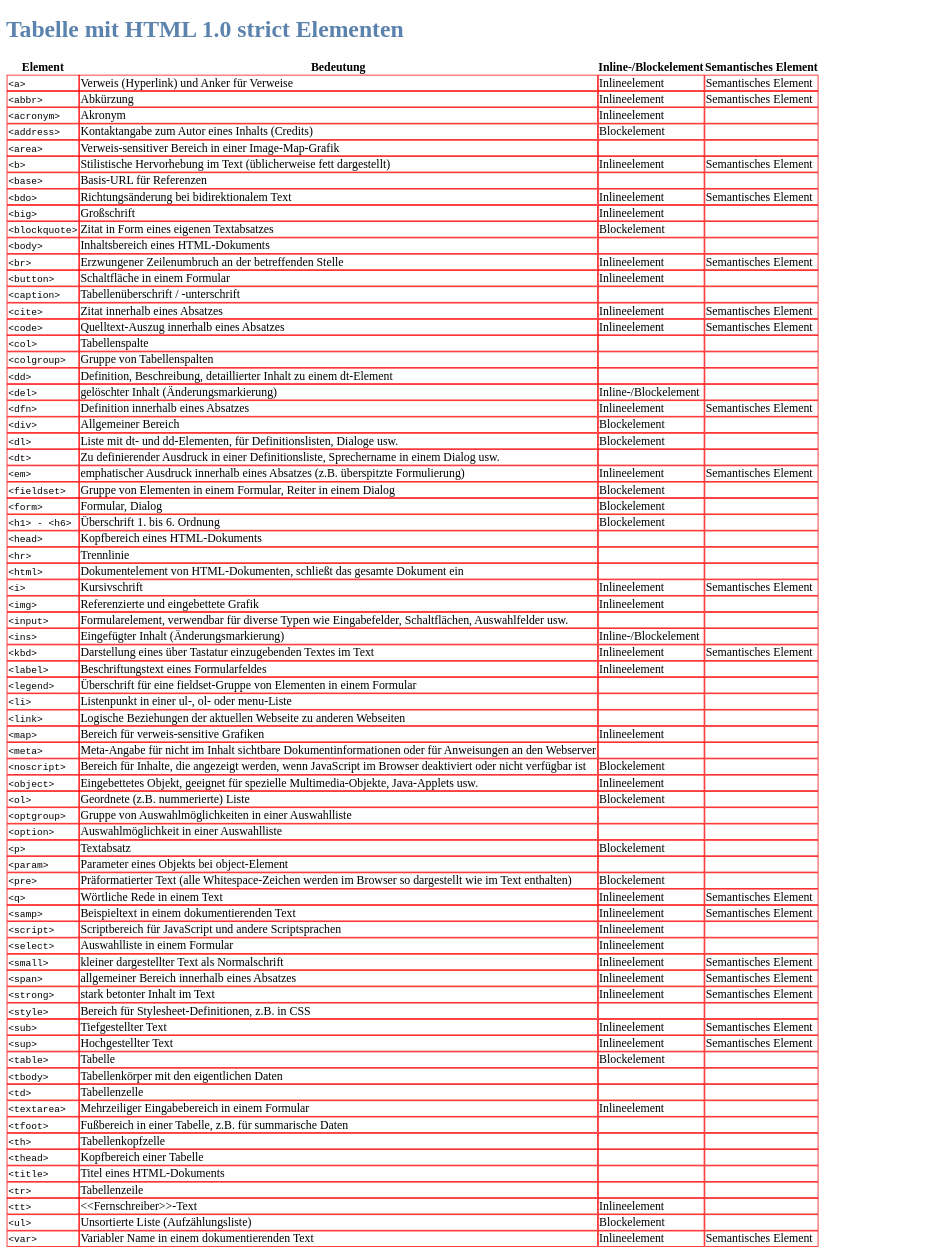
Repository: pLurchi/MyWebengineeringRepo
Page: RemoteSystemsTempFiles/HA-Kapitel06/WebContent/index.html
An editor plug-in stored every save of this project. The page is shown before and after the next save, followed by the edit.
The browser window is 1280 px wide. The pictures show the whole page, at 74% of full size.

Above is the page before, as saved 2013-11-28 19:07:09.

### RemoteSystemsTempFiles/HA-Kapitel06/WebContent/index.html
<?xml version="1.0" encoding="UTF-8" ?>
<!DOCTYPE html PUBLIC "-//W3C//DTD XHTML 1.0 Strict//EN" "http://www.w3.org/TR/xhtml1/DTD/xhtml1-strict.dtd">
<html xmlns="http://www.w3.org/1999/xhtml">
<head>
<meta http-equiv="Content-Type" content="text/html; charset=UTF-8" />
<link type="text/css" rel="stylesheet" href="CSS/stylesheet.css" />

<title>HA-Kapitel06</title>
</head>
<body>

	<h1>Tabelle mit HTML 1.0 strict Elementen</h1>

	<table class="wiki-content-table">
		<colgroup>
    		<col width="1*">
    		<col width="3*">
    		<col width="1*">
		    <col width="1*">
  		</colgroup>
		<tr>
			<th>Element</th>
			<th>Bedeutung</th>
			<th>Inline-/Blockelement</th>
			<th>Semantisches Element</th>
		</tr>

		<tr>
			<td><tt>&lt;a&gt;</tt></td>
			<td>Verweis (Hyperlink) und Anker für Verweise</td>
			<td>Inlineelement</td>
			<td>Semantisches Element</td>
		</tr>
		<tr>
			<td><tt>&lt;abbr&gt;</tt></td>
			<td>Abkürzung</td>
			<td>Inlineelement</td>
			<td>Semantisches Element</td>
		</tr>
		<tr>
			<td><tt>&lt;acronym&gt;</tt></td>
			<td>Akronym</td>
			<td>Inlineelement</td>
			<td></td>
		</tr>
		<tr>
			<td><tt>&lt;address&gt;</tt></td>
			<td>Kontaktangabe zum Autor eines Inhalts (Credits)</td>
			<td>Blockelement</td>
			<td></td>
		</tr>
		<tr>
			<td><tt>&lt;area&gt;</tt></td>
			<td>Verweis-sensitiver Bereich in einer Image-Map-Grafik</td>
			<td></td>
			<td></td>
		</tr>
		<tr>
			<td><tt>&lt;b&gt;</tt></td>
			<td>Stilistische Hervorhebung im Text (üblicherweise fett dargestellt)</td>
			<td>Inlineelement</td>
			<td>Semantisches Element</td>
		</tr>
		<tr>
			<td><tt>&lt;base&gt;</tt></td>
			<td>Basis-URL für Referenzen</td>
			<td></td>
			<td></td>
		</tr>
		<tr>
			<td><tt>&lt;bdo&gt;</tt></td>
			<td>Richtungsänderung bei bidirektionalem Text</td>
			<td>Inlineelement</td>
			<td>Semantisches Element</td>
		</tr>
		<tr>
			<td><tt>&lt;big&gt;</tt></td>
			<td>Großschrift</td>
			<td>Inlineelement</td>
			<td></td>
		</tr>
		<tr>
			<td><tt>&lt;blockquote&gt;</tt></td>
			<td>Zitat in Form eines eigenen Textabsatzes</td>
			<td>Blockelement</td>
			<td></td>
		</tr>
		<tr>
			<td><tt>&lt;body&gt;</tt></td>
			<td>Inhaltsbereich eines HTML-Dokuments</td>
			<td></td>
			<td></td>
		</tr>
		<tr>
			<td><tt>&lt;br&gt;</tt></td>
			<td>Erzwungener Zeilenumbruch an der betreffenden Stelle</td>
			<td>Inlineelement</td>
			<td>Semantisches Element</td>
		</tr>
		<tr>
			<td><tt>&lt;button&gt;</tt></td>
			<td>Schaltfläche in einem Formular</td>
			<td>Inlineelement</td>
			<td></td>
		</tr>
		<tr>
			<td><tt>&lt;caption&gt;</tt></td>
			<td>Tabellenüberschrift / -unterschrift</td>
			<td></td>
			<td></td>
		</tr>
		<tr>
			<td><tt>&lt;cite&gt;</tt></td>
			<td>Zitat innerhalb eines Absatzes</td>
			<td>Inlineelement</td>
			<td>Semantisches Element</td>
		</tr>
		<tr>
			<td><tt>&lt;code&gt;</tt></td>
			<td>Quelltext-Auszug innerhalb eines Absatzes</td>
			<td>Inlineelement</td>
			<td>Semantisches Element</td>
		</tr>
		<tr>
			<td><tt>&lt;col&gt;</tt></td>
			<td>Tabellenspalte</td>
			<td></td>
			<td></td>
		</tr>
		<tr>
			<td><tt>&lt;colgroup&gt;</tt></td>
			<td>Gruppe von Tabellenspalten</td>
			<td></td>
			<td></td>
		</tr>
		<tr>
			<td><tt>&lt;dd&gt;</tt></td>
			<td>Definition, Beschreibung, detaillierter Inhalt zu einem dt-Element</td>
			<td></td>
			<td></td>
		</tr>
		<tr>
			<td><tt>&lt;del&gt;</tt></td>
			<td>gelöschter Inhalt (Änderungsmarkierung)</td>
			<td>Inline-/Blockelement</td>
			<td></td>
		</tr>
		<tr>
			<td><tt>&lt;dfn&gt;</tt></td>
			<td>Definition innerhalb eines Absatzes</td>
			<td>Inlineelement</td>
			<td>Semantisches Element</td>
		</tr>
		<tr>
			<td><tt>&lt;div&gt;</tt></td>
			<td>Allgemeiner Bereich</td>
			<td>Blockelement</td>
			<td></td>
		</tr>
		<tr>
			<td><tt>&lt;dl&gt;</tt></td>
			<td>Liste mit dt- und dd-Elementen, für Definitionslisten, Dialoge usw.</td>
			<td>Blockelement</td>
			<td></td>
		</tr>
		<tr>
			<td><tt>&lt;dt&gt;</tt></td>
			<td>Zu definierender Ausdruck in einer Definitionsliste, Sprechername in einem Dialog usw.</td>
			<td></td>
			<td></td>
		</tr>
		<tr>
			<td><tt>&lt;em&gt;</tt></td>
			<td>emphatischer Ausdruck innerhalb eines Absatzes (z.B. überspitzte Formulierung)</td>
			<td>Inlineelement</td>
			<td>Semantisches Element</td>
		</tr>
		<tr>
			<td><tt>&lt;fieldset&gt;</tt></td>
			<td>Gruppe von Elementen in einem Formular, Reiter in einem Dialog</td>
			<td>Blockelement</td>
			<td></td>
		</tr>
		<tr>
			<td><tt>&lt;form&gt;</tt></td>
			<td>Formular, Dialog</td>
			<td>Blockelement</td>
			<td></td>
		</tr>
		<tr>
			<td><tt>&lt;h1&gt; - &lt;h6&gt;</tt></td>
			<td>Überschrift 1. bis 6. Ordnung</td>
			<td>Blockelement</td>
			<td></td>
		</tr>
		<tr>
			<td><tt>&lt;head&gt;</tt></td>
			<td>Kopfbereich eines HTML-Dokuments</td>
			<td></td>
			<td></td>
		</tr>
		<tr>
			<td><tt>&lt;hr&gt;</tt></td>
			<td>Trennlinie</td>
			<td></td>
			<td></td>
		</tr>
		<tr>
			<td><tt>&lt;html&gt;</tt></td>
			<td>Dokumentelement von HTML-Dokumenten, schließt das gesamte Dokument ein</td>
			<td></td>
			<td></td>
		</tr>
		<tr>
			<td><tt>&lt;i&gt;</tt></td>
			<td>Kursivschrift</td>
			<td>Inlineelement</td>
			<td>Semantisches Element</td>
		</tr>
		<tr>
			<td><tt>&lt;img&gt;</tt></td>
			<td>Referenzierte und eingebettete Grafik</td>
			<td>Inlineelement</td>
			<td></td>
		</tr>
		<tr>
			<td><tt>&lt;input&gt;</tt></td>
			<td>Formularelement, verwendbar für diverse Typen wie Eingabefelder, Schaltflächen, Auswahlfelder usw.</td>
			<td></td>
			<td></td>
		</tr>
		<tr>
			<td><tt>&lt;ins&gt;</tt></td>
			<td>Eingefügter Inhalt (Änderungsmarkierung)</td>
			<td>Inline-/Blockelement</td>
			<td></td>
		</tr>
		<tr>
			<td><tt>&lt;kbd&gt;</tt></td>
			<td>Darstellung eines über Tastatur einzugebenden Textes im Text</td>
			<td>Inlineelement</td>
			<td>Semantisches Element</td>
		</tr>
		<tr>
			<td><tt>&lt;label&gt;</tt></td>
			<td>Beschriftungstext eines Formularfeldes</td>
			<td>Inlineelement</td>
			<td></td>
		</tr>
		<tr>
			<td><tt>&lt;legend&gt;</tt></td>
			<td>Überschrift für eine fieldset-Gruppe von Elementen in einem Formular</td>
			<td></td>
			<td></td>
		</tr>
		<tr>
			<td><tt>&lt;li&gt;</tt></td>
			<td>Listenpunkt in einer ul-, ol- oder menu-Liste</td>
			<td></td>
			<td></td>
		</tr>
		<tr>
			<td><tt>&lt;link&gt;</tt></td>
			<td>Logische Beziehungen der aktuellen Webseite zu anderen Webseiten</td>
			<td></td>
			<td></td>
		</tr>
		<tr>
			<td><tt>&lt;map&gt;</tt></td>
			<td>Bereich für verweis-sensitive Grafiken</td>
			<td>Inlineelement</td>
			<td></td>
		</tr>
		<tr>
			<td><tt>&lt;meta&gt;</tt></td>
			<td>Meta-Angabe für nicht im Inhalt sichtbare Dokumentinformationen oder für Anweisungen an den Webserver</td>
			<td></td>
			<td></td>
		</tr>
		<tr>
			<td><tt>&lt;noscript&gt;</tt></td>
			<td>Bereich für Inhalte, die angezeigt werden, wenn JavaScript im Browser deaktiviert oder nicht verfügbar ist</td>
			<td>Blockelement</td>
			<td></td>
		</tr>
		<tr>
			<td><tt>&lt;object&gt;</tt></td>
			<td>Eingebettetes Objekt, geeignet für spezielle Multimedia-Objekte, Java-Applets usw.</td>
			<td>Inlineelement</td>
			<td></td>
		</tr>
		<tr>
			<td><tt>&lt;ol&gt;</tt></td>
			<td>Geordnete (z.B. nummerierte) Liste</td>
			<td>Blockelement</td>
			<td></td>
		</tr>
		<tr>
			<td><tt>&lt;optgroup&gt;</tt></td>
			<td>Gruppe von Auswahlmöglichkeiten in einer Auswahlliste</td>
			<td></td>
			<td></td>
		</tr>
		<tr>
			<td><tt>&lt;option&gt;</tt></td>
			<td>Auswahlmöglichkeit in einer Auswahlliste</td>
			<td></td>
			<td></td>
		</tr>
		<tr>
			<td><tt>&lt;p&gt;</tt></td>
			<td>Textabsatz</td>
			<td>Blockelement</td>
			<td></td>
		</tr>
		<tr>
			<td><tt>&lt;param&gt;</tt></td>
			<td>Parameter eines Objekts bei object-Element</td>
			<td></td>
			<td></td>
		</tr>
		<tr>
			<td><tt>&lt;pre&gt;</tt></td>
			<td>Präformatierter Text (alle Whitespace-Zeichen werden im Browser so dargestellt wie im Text enthalten)</td>
			<td>Blockelement</td>
			<td></td>
		</tr>
		<tr>
			<td><tt>&lt;q&gt;</tt></td>
			<td>Wörtliche Rede in einem Text</td>
			<td>Inlineelement</td>
			<td>Semantisches Element</td>
		</tr>
		<tr>
			<td><tt>&lt;samp&gt;</tt></td>
			<td>Beispieltext in einem dokumentierenden Text</td>
			<td>Inlineelement</td>
			<td>Semantisches Element</td>
		</tr>
		<tr>
			<td><tt>&lt;script&gt;</tt></td>
			<td>Scriptbereich für JavaScript und andere Scriptsprachen</td>
			<td>Inlineelement</td>
			<td></td>
		</tr>
		<tr>
			<td><tt>&lt;select&gt;</tt></td>
			<td>Auswahlliste in einem Formular</td>
			<td>Inlineelement</td>
			<td></td>
		</tr>
		<tr>
			<td><tt>&lt;small&gt;</tt></td>
			<td>kleiner dargestellter Text als Normalschrift</td>
			<td>Inlineelement</td>
			<td>Semantisches Element</td>
		</tr>
		<tr>
			<td><tt>&lt;span&gt;</tt></td>
			<td>allgemeiner Bereich innerhalb eines Absatzes</td>
			<td>Inlineelement</td>
			<td>Semantisches Element</td>
		</tr>
		<tr>
			<td><tt>&lt;strong&gt;</tt></td>
			<td>stark betonter Inhalt im Text</td>
			<td>Inlineelement</td>
			<td>Semantisches Element</td>
		</tr>
		<tr>
			<td><tt>&lt;style&gt;</tt></td>
			<td>Bereich für Stylesheet-Definitionen, z.B. in CSS</td>
			<td></td>
			<td></td>
		</tr>
		<tr>
			<td><tt>&lt;sub&gt;</tt></td>
			<td>Tiefgestellter Text</td>
			<td>Inlineelement</td>
			<td>Semantisches Element</td>
		</tr>
		<tr>
			<td><tt>&lt;sup&gt;</tt></td>
			<td>Hochgestellter Text</td>
			<td>Inlineelement</td>
			<td>Semantisches Element</td>
		</tr>
		<tr>
			<td><tt>&lt;table&gt;</tt></td>
			<td>Tabelle</td>
			<td>Blockelement</td>
			<td></td>
		</tr>
		<tr>
			<td><tt>&lt;tbody&gt;</tt></td>
			<td>Tabellenkörper mit den eigentlichen Daten</td>
			<td></td>
			<td></td>
		</tr>
		<tr>
			<td><tt>&lt;td&gt;</tt></td>
			<td>Tabellenzelle</td>
			<td></td>
			<td></td>
		</tr>
		<tr>
			<td><tt>&lt;textarea&gt;</tt></td>
			<td>Mehrzeiliger Eingabebereich in einem Formular</td>
			<td>Inlineelement</td>
			<td></td>
		</tr>
		<tr>
			<td><tt>&lt;tfoot&gt;</tt></td>
			<td>Fußbereich in einer Tabelle, z.B. für summarische Daten</td>
			<td></td>
			<td></td>
		</tr>
		<tr>
			<td><tt>&lt;th&gt;</tt></td>
			<td>Tabellenkopfzelle</td>
			<td></td>
			<td></td>
		</tr>
		<tr>
			<td><tt>&lt;thead&gt;</tt></td>
			<td>Kopfbereich einer Tabelle</td>
			<td></td>
			<td></td>
		</tr>
		<tr>
			<td><tt>&lt;title&gt;</tt></td>
			<td>Titel eines HTML-Dokuments</td>
			<td></td>
			<td></td>
		</tr>
		<tr>
			<td><tt>&lt;tr&gt;</tt></td>
			<td>Tabellenzeile</td>
			<td></td>
			<td></td>
		</tr>
		<tr>
			<td><tt>&lt;tt&gt;</tt></td>
			<td>&lt;&lt;Fernschreiber&gt;&gt;-Text</td>
			<td>Inlineelement</td>
			<td></td>
		</tr>
		<tr>
			<td><tt>&lt;ul&gt;</tt></td>
			<td>Unsortierte Liste (Aufzählungsliste)</td>
			<td>Blockelement</td>
			<td></td>
		</tr>
		<tr>
			<td><tt>&lt;var&gt;</tt></td>
			<td>Variabler Name in einem dokumentierenden Text</td>
			<td>Inlineelement</td>
			<td>Semantisches Element</td>
		</tr>
	</table>


</body>
</html>

### RemoteSystemsTempFiles/HA-Kapitel06/WebContent/CSS/stylesheet.css
@CHARSET "UTF-8";

/*Main Stylesheet of Web Eng G1 */



h1 {
	color: #5B83AD;
}

table {
	border-width:1px;
	border-style:solid;
	border-spacing:0px;
	border-color:#FFFFFF;
}


td {
	border: 1px solid red;
	text-align: left;
}

th {
	text-align: left top;
}

After the next save:
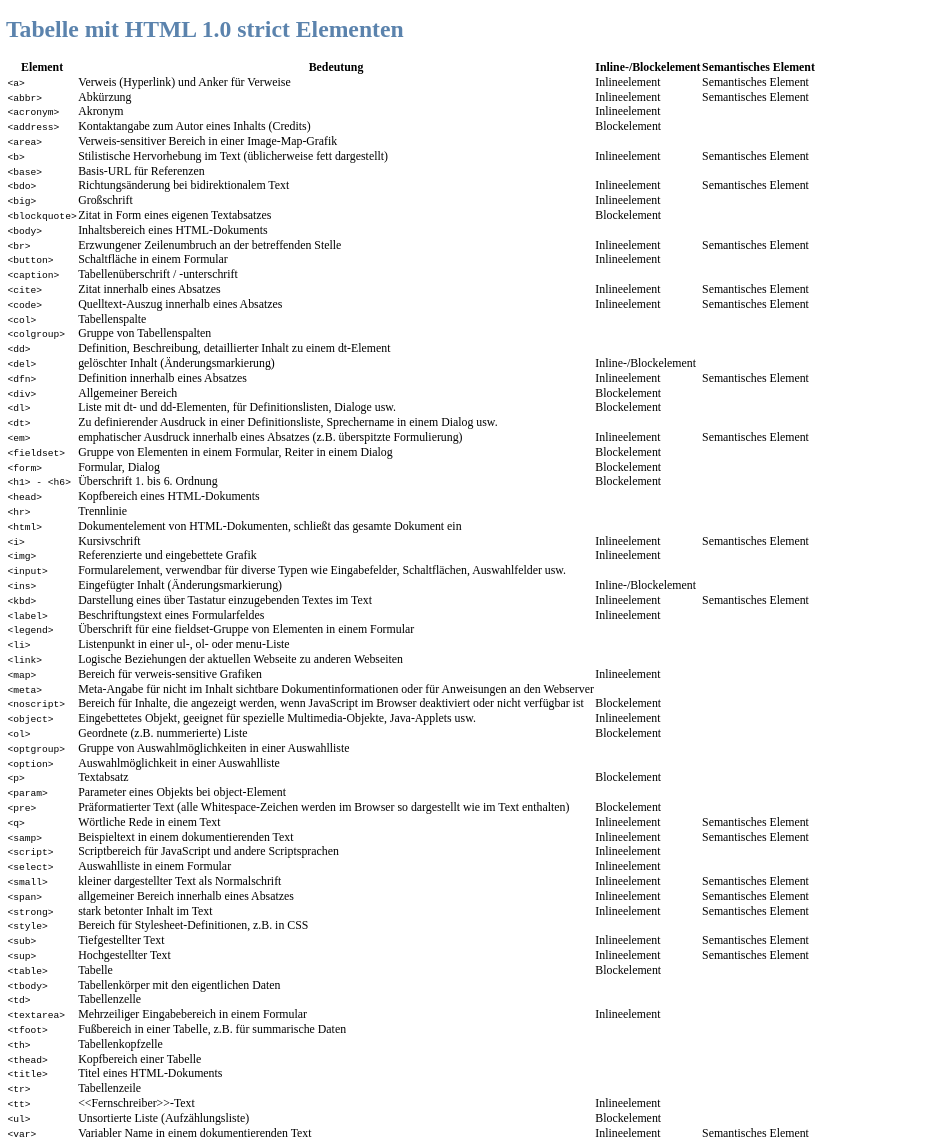
Saved 24 s later.
--- a/RemoteSystemsTempFiles/HA-Kapitel06/WebContent/CSS/stylesheet.css
+++ b/RemoteSystemsTempFiles/HA-Kapitel06/WebContent/CSS/stylesheet.css
@@ -17,7 +17,6 @@ table {
 
 
 td {
-	border: 1px solid red;
 	text-align: left;
 }
 
